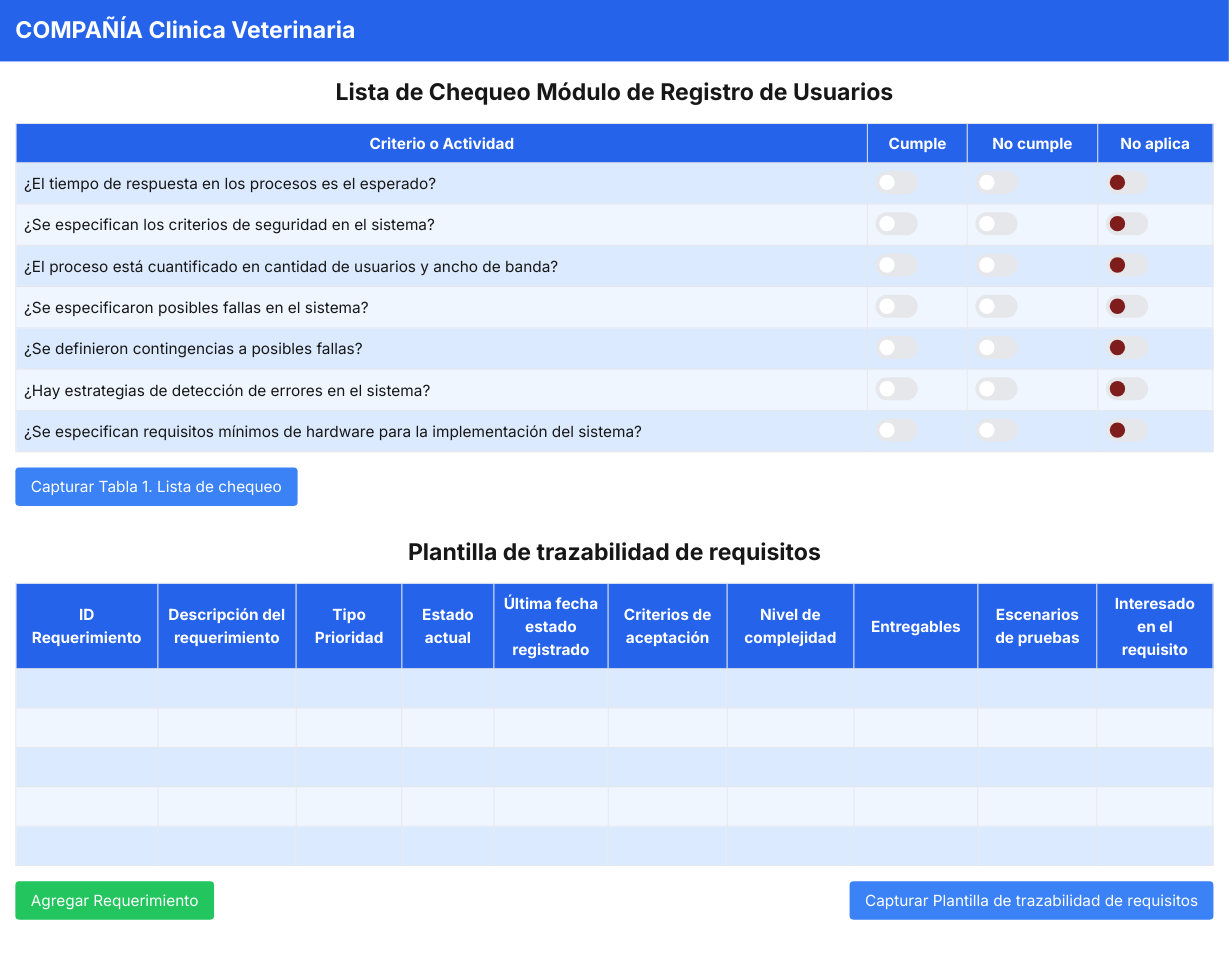
Repository: CiroAlfa/lista-de-Chequeo
Page: /
These files come from the project's save history. The page is drawn as it stood at one moment and after the next save; the edit follows.
The browser window is 1280 px wide. The pictures show the whole page, at 96% of full size.
The project was rebuilt for these pictures with package versions that can differ from the ones it lists, and the page was loaded fresh each time. The framework's server and built-in components were replaced by stand-ins that run in the browser. Also part of the build but not shown: next.config.mjs.

Above is the page before, as saved 2024-09-27 13:10:45.

### src/app/layout.tsx
import './globals.css'
import type { Metadata } from 'next'
import { Inter } from 'next/font/google'

const inter = Inter({ subsets: ['latin'] })

export const metadata: Metadata = {
  title: 'Checklist App - Clinica Veterinaria',
  description: 'Aplicación de chequeo y trazabilidad de requisitos',
}

export default function RootLayout({
  children,
}: {
  children: React.ReactNode
}) {
  return (
    <html lang="es">
      <body className={inter.className}>
        <header className="bg-blue-600 text-white p-4">
          <h1 className="text-2xl font-bold">COMPAÑÍA Clinica Veterinaria</h1>
        </header>
        {children}
      </body>
    </html>
  )
}

### src/app/page.tsx
'use client'

import { useState } from 'react'
import { Switch } from '@headlessui/react'
import html2canvas from 'html2canvas'

interface ChecklistItem {
  id: number
  criteria: string
  cumple: boolean
  noCumple: boolean
  noAplica: boolean
}

interface RequirementItem {
  id: string
  description: string
  priority: string
  status: string
  lastUpdated: string
  acceptanceCriteria: string
  complexity: string
  deliverables: string
  testScenarios: string
  stakeholder: string
}

const initialChecklist: ChecklistItem[] = [
  { id: 1, criteria: '¿El tiempo de respuesta en los procesos es el esperado?', cumple: false, noCumple: false, noAplica: false },
  { id: 2, criteria: '¿Se especifican los criterios de seguridad en el sistema?', cumple: false, noCumple: false, noAplica: false },
  { id: 3, criteria: '¿El proceso está cuantificado en cantidad de usuarios y ancho de banda?', cumple: false, noCumple: false, noAplica: false },
  { id: 4, criteria: '¿Se especificaron posibles fallas en el sistema?', cumple: false, noCumple: false, noAplica: false },
  { id: 5, criteria: '¿Se definieron contingencias a posibles fallas?', cumple: false, noCumple: false, noAplica: false },
  { id: 6, criteria: '¿Hay estrategias de detección de errores en el sistema?', cumple: false, noCumple: false, noAplica: false },
  { id: 7, criteria: '¿Se especifican requisitos mínimos de hardware para la implementación del sistema?', cumple: false, noCumple: false, noAplica: false },
]

const initialRequirements: RequirementItem[] = Array(5).fill(null).map((_, index) => ({
  id: ``,
  description: '',
  priority: '',
  status: '',
  lastUpdated: '',
  acceptanceCriteria: '',
  complexity: '',
  deliverables: '',
  testScenarios: '',
  stakeholder: '',
}))

export default function Home() {
  const [checklist, setChecklist] = useState<ChecklistItem[]>(initialChecklist)
  const [requirements, setRequirements] = useState<RequirementItem[]>(initialRequirements)

  const handleChecklistChange = (id: number, field: 'cumple' | 'noCumple' | 'noAplica') => {
    setChecklist(checklist.map(item => {
      if (item.id === id) {
        const newItem = { ...item, [field]: !item[field] }
        if (newItem[field]) {
          newItem.cumple = field === 'cumple'
          newItem.noCumple = field === 'noCumple'
          newItem.noAplica = field === 'noAplica'
        }
        return newItem
      }
      return item
    }))
  }

  const handleRequirementChange = (id: string, field: keyof RequirementItem, value: string) => {
    setRequirements(requirements.map(item =>
      item.id === id ? { ...item, [field]: value } : item
    ))
  }

  const addRequirement = () => {
    const newId = `REQ00${requirements.length + 1}`
    setRequirements([...requirements, {
      id: newId,
      description: '',
      priority: '',
      status: '',
      lastUpdated: '',
      acceptanceCriteria: '',
      complexity: '',
      deliverables: '',
      testScenarios: '',
      stakeholder: '',
    }])
  }

  const captureScreenshot = async (elementId: string, fileName: string) => {
    const element = document.getElementById(elementId)
    if (element) {
      const canvas = await html2canvas(element)
      const image = canvas.toDataURL('image/png')
      const link = document.createElement('a')
      link.href = image
      link.download = fileName
      link.click()
    }
  }

  return (
    <main className="container mx-auto p-4">
      <div className="mb-8" id="checklist-table">
        <h2 className="text-2xl font-bold mb-4 text-center">Lista de Chequeo Módulo de Registro de Usuarios</h2>
        <table className="w-full border-collapse">
          <thead>
            <tr className="bg-blue-600 text-white">
              <th className="border p-2">Criterio o Actividad</th>
              <th className="border p-2">Cumple</th>
              <th className="border p-2">No cumple</th>
              <th className="border p-2">No aplica</th>
            </tr>
          </thead>
          <tbody>
            {checklist.map((item, index) => (
              <tr key={item.id} className={index % 2 === 0 ? 'bg-blue-100' : 'bg-blue-50'}>
                <td className="border p-2">{item.criteria}</td>
                <td className="border p-2">
                  <Switch
                    checked={item.cumple}
                    onChange={() => handleChecklistChange(item.id, 'cumple')}
                    className={`${item.cumple ? 'bg-blue-600' : 'bg-gray-200'} relative inline-flex h-6 w-11 items-center rounded-full`}
                  >
                    <span className={`${item.cumple ? 'translate-x-6' : 'translate-x-1'} inline-block h-4 w-4 transform rounded-full bg-white transition`} />
                  </Switch>
                </td>
                <td className="border p-2">
                  <Switch
                    checked={item.noCumple}
                    onChange={() => handleChecklistChange(item.id, 'noCumple')}
                    className={`${item.noCumple ? 'bg-blue-600' : 'bg-gray-200'} relative inline-flex h-6 w-11 items-center rounded-full`}
                  >
                    <span className={`${item.noCumple ? 'translate-x-6' : 'translate-x-1'} inline-block h-4 w-4 transform rounded-full bg-white transition`} />
                  </Switch>
                </td>
                <td className="border p-2">
                  <Switch
                    checked={item.noAplica}
                    onChange={() => handleChecklistChange(item.id, 'noAplica')}
                    className={`${item.noAplica ? 'bg-blue-600' : 'bg-gray-200'} relative inline-flex h-6 w-11 items-center rounded-full`}
                  >
                    <span className={`${item.noAplica ? 'translate-x-6' : 'translate-x-1'} inline-block h-4 w-4 transform rounded-full bg-red-900 transition`} />
                  </Switch>
                </td>
              </tr>
            ))}
          </tbody>
        </table>
        <button
          onClick={() => captureScreenshot('checklist-table', 'lista-de-chequeo.png')}
          className="mt-4 bg-blue-500 text-white px-4 py-2 rounded hover:bg-blue-600 transition-colors"
        >
          Capturar Tabla 1. Lista de chequeo
        </button>
      </div>

      <div className="mb-8" id="requirements-table">
        <h2 className="text-2xl font-bold mb-4 text-center">Plantilla de trazabilidad de requisitos</h2>
        <table className="w-full border-collapse">
          <thead>
            <tr className="bg-blue-600 text-white">
              <th className="border p-2">ID Requerimiento</th>
              <th className="border p-2">Descripción del requerimiento</th>
              <th className="border p-2">Tipo Prioridad</th>
              <th className="border p-2">Estado actual</th>
              <th className="border p-2">Última fecha estado registrado</th>
              <th className="border p-2">Criterios de aceptación</th>
              <th className="border p-2">Nivel de complejidad</th>
              <th className="border p-2">Entregables</th>
              <th className="border p-2">Escenarios de pruebas</th>
              <th className="border p-2">Interesado en el requisito</th>
            </tr>
          </thead>
          <tbody>
            {requirements.map((item, index) => (
              <tr key={index} className={index % 2 === 0 ? 'bg-blue-100' : 'bg-blue-50'}>
                <td className="border p-2">
                  <input
                    type="text"
                    value={item.id}
                    onChange={(e) => handleRequirementChange(item.id, 'id', e.target.value)}
                    className="w-full bg-transparent"
                  />
                </td>
                <td className="border p-2">
                  <input
                    type="text"
                    value={item.description}
                    onChange={(e) => handleRequirementChange(item.id, 'description', e.target.value)}
                    className="w-full bg-transparent"
                  />
                </td>
                <td className="border p-2">
                  <input
                    type="text"
                    value={item.priority}
                    onChange={(e) => handleRequirementChange(item.id, 'priority', e.target.value)}
                    className="w-full bg-transparent"
                  />
                </td>
                <td className="border p-2">
                  <input
                    type="text"
                    value={item.status}
                    onChange={(e) => handleRequirementChange(item.id, 'status', e.target.value)}
                    className="w-full bg-transparent"
                  />
                </td>
                <td className="border p-2">
                  <input
                    type="text"
                    value={item.lastUpdated}
                    onChange={(e) => handleRequirementChange(item.id, 'lastUpdated', e.target.value)}
                    className="w-full bg-transparent"
                  />
                </td>
                <td className="border p-2">
                  <input
                    type="text"
                    value={item.acceptanceCriteria}
                    onChange={(e) => handleRequirementChange(item.id, 'acceptanceCriteria', e.target.value)}
                    className="w-full bg-transparent"
                  />
                </td>
                <td className="border p-2">
                  <input
                    type="text"
                    value={item.complexity}
                    onChange={(e) => handleRequirementChange(item.id, 'complexity', e.target.value)}
                    className="w-full bg-transparent"
                  />
                </td>
                <td className="border p-2">
                  <input
                    type="text"
                    value={item.deliverables}
                    onChange={(e) => handleRequirementChange(item.id, 'deliverables', e.target.value)}
                    className="w-full bg-transparent"
                  />
                </td>
                <td className="border p-2">
                  <input
                    type="text"
                    value={item.testScenarios}
                    onChange={(e) => handleRequirementChange(item.id, 'testScenarios', e.target.value)}
                    className="w-full bg-transparent"
                  />
                </td>
                <td className="border p-2">
                  <input
                    type="text"
                    value={item.stakeholder}
                    onChange={(e) => handleRequirementChange(item.id, 'stakeholder', e.target.value)}
                    className="w-full bg-transparent"
                  />
                </td>
              </tr>
            ))}
          </tbody>
        </table>
        <div className="mt-4 flex justify-between">
          <button
            onClick={addRequirement}
            className="bg-green-500 text-white px-4 py-2 rounded hover:bg-green-600 transition-colors"
          >
            Agregar Requerimiento
          </button>
          <button
            onClick={() => captureScreenshot('requirements-table', 'plantilla-trazabilidad-requisitos.png')}
            className="bg-blue-500 text-white px-4 py-2 rounded hover:bg-blue-600 transition-colors"
          >
            Capturar Plantilla de trazabilidad de requisitos
          </button>
        </div>
      </div>
    </main>
  )
}

Loaded but not shown: src/app/globals.css (common file); tailwind.config.ts (common file)

After the next save:
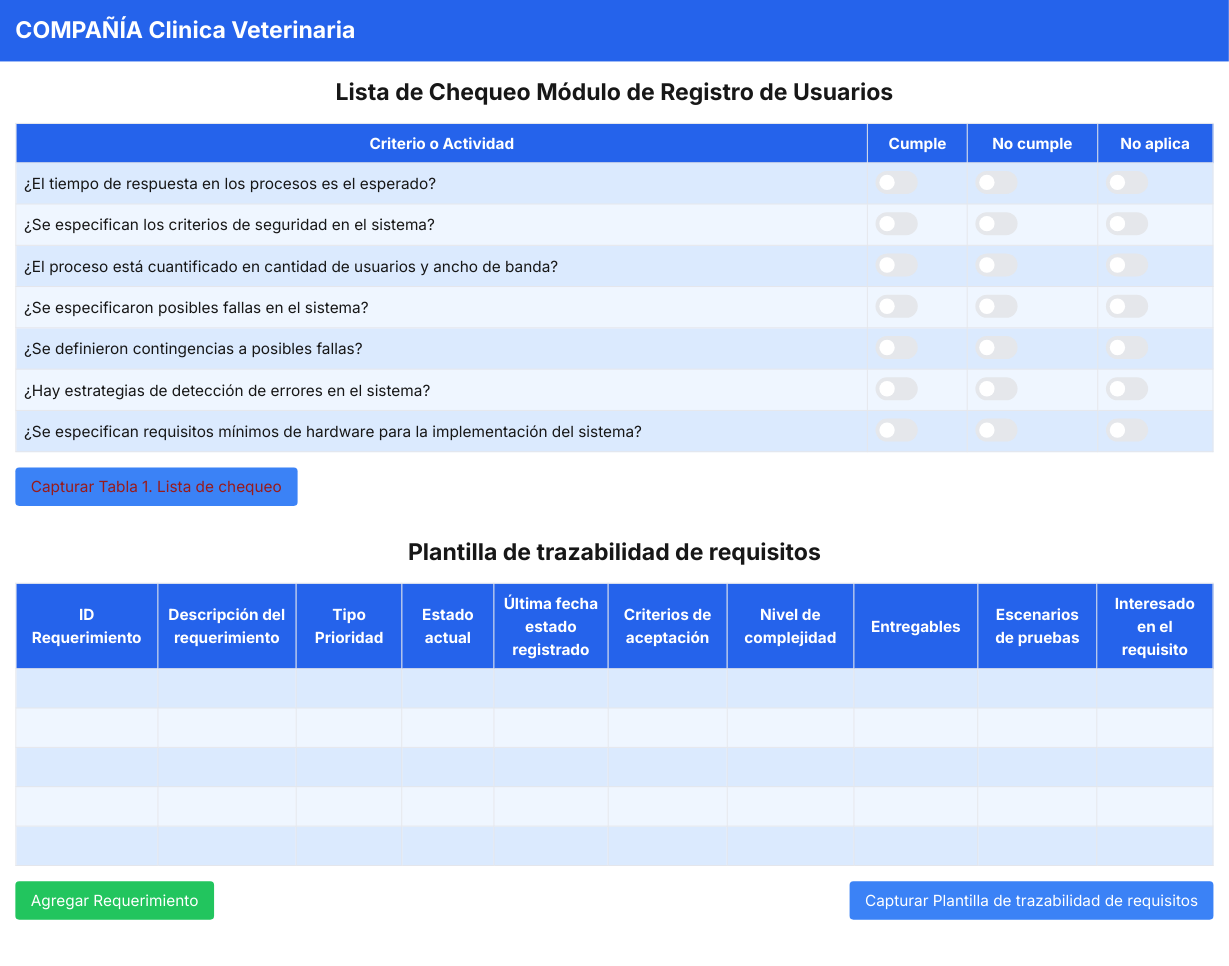
Saved 20 s later.
--- a/src/app/page.tsx
+++ b/src/app/page.tsx
@@ -142,7 +142,7 @@ export default function Home() {
                     onChange={() => handleChecklistChange(item.id, 'noAplica')}
                     className={`${item.noAplica ? 'bg-blue-600' : 'bg-gray-200'} relative inline-flex h-6 w-11 items-center rounded-full`}
                   >
-                    <span className={`${item.noAplica ? 'translate-x-6' : 'translate-x-1'} inline-block h-4 w-4 transform rounded-full bg-red-900 transition`} />
+                    <span className={`${item.noAplica ? 'translate-x-6' : 'translate-x-1'} inline-block h-4 w-4 transform rounded-full bg-white transition`} />
                   </Switch>
                 </td>
               </tr>
@@ -151,7 +151,7 @@ export default function Home() {
         </table>
         <button
           onClick={() => captureScreenshot('checklist-table', 'lista-de-chequeo.png')}
-          className="mt-4 bg-blue-500 text-white px-4 py-2 rounded hover:bg-blue-600 transition-colors"
+          className="mt-4 bg-blue-500 text-red-800 px-4 py-2 rounded hover:bg-blue-600 transition-colors"
         >
           Capturar Tabla 1. Lista de chequeo
         </button>
